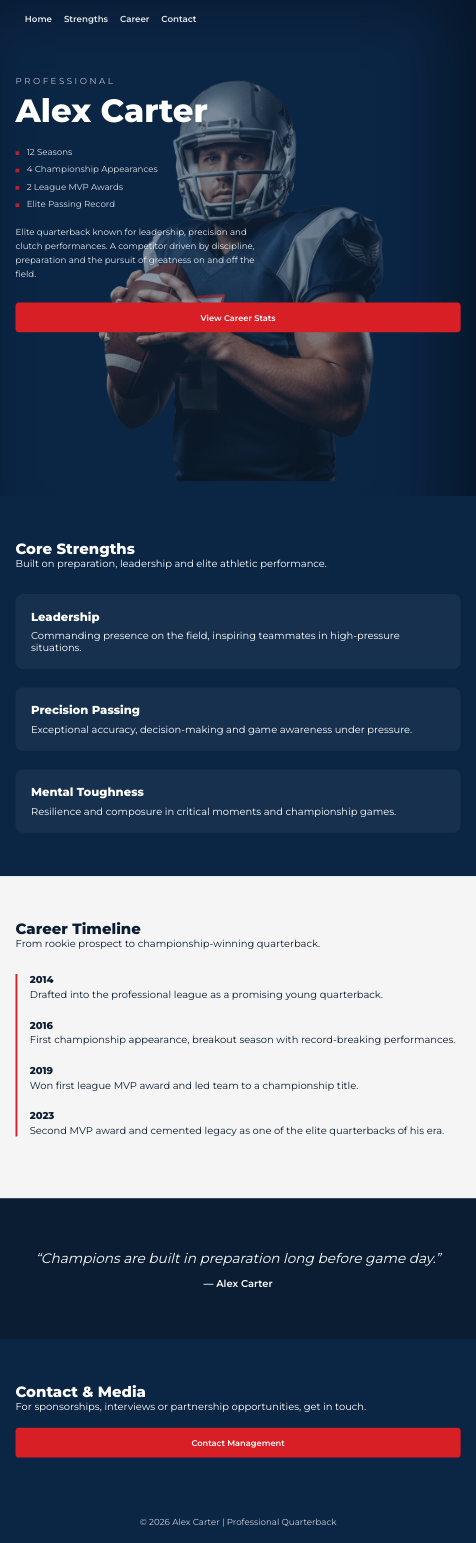
Repository: davidfsillva/Alex-Carter
Page: index.html
These files come from the project's save history. The page is drawn as it stood at one moment and after a run of saves; the edit follows.
The browser window is 768 px wide. The pictures show the whole page, at 62% of full size.

Above is the page before, as saved 2026-02-12 15:16:47.

### index.html
<!DOCTYPE html>
<html lang="en">
<head>
  <meta charset="UTF-8" />
  <meta name="viewport" content="width=device-width, initial-scale=1.0"/>
  <title>Alex Carter | Professional Quarterback</title>
  <link rel="stylesheet" href="style.css" />
  <link rel="preconnect" href="https://fonts.googleapis.com">
  <link rel="preconnect" href="https://fonts.gstatic.com" crossorigin>
  <link href="https://fonts.googleapis.com/css2?family=Montserrat:wght@400;600;800&display=swap" rel="stylesheet">
</head>
<body>

<!-- NAVBAR -->
<header class="navbar">
  <nav>
    <a href="#">Home</a>
    <a href="#skills">Strengths</a>
    <a href="#career">Career</a>
    <a href="#contact">Contact</a>
  </nav>
</header>

<!-- HERO -->
<section class="hero">
  <div class="hero-left">
    <span class="tag">PROFESSIONAL</span>
    <h1>Alex Carter</h1>

    <ul class="stats">
      <li>12 Seasons</li>
      <li>4 Championship Appearances</li>
      <li>2 League MVP Awards</li>
      <li>Elite Passing Record</li>
    </ul>

    <p class="description">
      Elite quarterback known for leadership, precision and clutch performances.
      A competitor driven by discipline, preparation and the pursuit of greatness
      on and off the field.
    </p>

    <button class="cta" onclick="window.location.href='Alex_Carter_Stats.pdf'">
      View Career Stats
    </button>

  </div>

  <div class="hero-right">
    <img src="img/spbw.png" alt="Alex Carter Quarterback">
  </div>
</section>

<!-- STRENGTHS SECTION -->
<section id="skills" class="section dark">
  <div class="container">
    <h2>Core Strengths</h2>
    <p>Built on preparation, leadership and elite athletic performance.</p>

    <div class="grid">
      <div class="card">
        <h3>Leadership</h3>
        <p>Commanding presence on the field, inspiring teammates in high-pressure situations.</p>
      </div>

      <div class="card">
        <h3>Precision Passing</h3>
        <p>Exceptional accuracy, decision-making and game awareness under pressure.</p>
      </div>

      <div class="card">
        <h3>Mental Toughness</h3>
        <p>Resilience and composure in critical moments and championship games.</p>
      </div>
    </div>
  </div>
</section>

<!-- CAREER SECTION -->
<section id="career" class="section light">
  <div class="container">
    <h2>Career Timeline</h2>

    <p>From rookie prospect to championship-winning quarterback.</p>

    <div class="timeline">
      <div class="timeline-item">
        <h4>2014</h4>
        <p>Drafted into the professional league as a promising young quarterback.</p>
      </div>

      <div class="timeline-item">
        <h4>2016</h4>
        <p>First championship appearance, breakout season with record-breaking performances.</p>
      </div>

      <div class="timeline-item">
        <h4>2019</h4>
        <p>Won first league MVP award and led team to a championship title.</p>
      </div>

      <div class="timeline-item">
        <h4>2023</h4>
        <p>Second MVP award and cemented legacy as one of the elite quarterbacks of his era.</p>
      </div>
    </div>
  </div>
</section>

<!-- QUOTE SECTION -->
<section class="quote">
  <div class="container">
    <blockquote>
      “Champions are built in preparation long before game day.”
    </blockquote>
    <span>— Alex Carter</span>
  </div>
</section>

<!-- CONTACT SECTION -->
<section id="contact" class="section dark">
  <div class="container">
    <h2>Contact & Media</h2>
    <p>For sponsorships, interviews or partnership opportunities, get in touch.</p>
    <button class="cta" onclick="window.location.href='mailto:alexcarter@agency.com'">
      Contact Management
    </button>
  </div>
</section>

<!-- FOOTER -->
<footer class="footer">
  <p>© 2026 Alex Carter | Professional Quarterback</p>
</footer>

<script src="scripts.js"></script>
</body>
</html>

### style.css
/* =====================
   RESET E FONTES
===================== */
* {
  margin: 0;
  padding: 0;
  box-sizing: border-box;
  font-family: 'Montserrat', sans-serif;
}

body {
  background: #6b7c86;
  color: #fff;
}

/* =====================
   NAVBAR
===================== */
.navbar {
  position: absolute;
  top: 0;
  width: 100%;
  padding: 30px 60px;
  display: flex;
  justify-content: space-between;
  align-items: center;
  z-index: 10;
}

.navbar .logo {
  color: #fff;
  font-weight: 800;
  font-size: 22px;
  letter-spacing: 2px;
}

.navbar nav a {
  color: #fff;
  text-decoration: none;
  margin-left: 30px;
  font-weight: 600;
  opacity: 0.9;
  transition: 0.3s ease;
}

.navbar nav a:hover {
  opacity: 1;
  color: #d91f26;
}

/* =====================
   HERO SECTION
===================== */
.hero {
  background: #d91f26;
  display: flex;
  height: 100vh;
  overflow: hidden;
}

/* HERO LEFT */
.hero-left {
  width: 55%;
  background: linear-gradient(135deg, #0b2545, #0a1d33);
  padding: 140px 80px;
  color: #fff;
  position: relative;
  box-shadow: inset -50px 0 100px rgba(0,0,0,0.4);

  clip-path: polygon(0 0, 96% 0, 90% 100%, 0% 100%);
}


.hero-left .tag {
  letter-spacing: 4px;
  font-size: 14px;
  opacity: 0.7;
}

.hero-left h1 {
  font-size: 85px;
  font-weight: 800;
  margin: 10px 0 30px;
  line-height: 0.9;
}

.stats {
  list-style: none;
  margin-bottom: 25px;
}

.stats li {
  margin-bottom: 10px;
  font-size: 15px;
  opacity: 0.85;
  position: relative;
  padding-left: 18px;
}

.stats li::before {
  content: "";
  width: 6px;
  height: 6px;
  background: #d91f26;
  position: absolute;
  left: 0;
  top: 8px;
}

.description {
  max-width: 420px;
  font-size: 15px;
  margin-bottom: 35px;
  opacity: 0.9;
  line-height: 1.6;
}

.cta {
  background: #d91f26;
  border: none;
  padding: 14px 36px;
  color: #fff;
  font-weight: 600;
  cursor: pointer;
  transition: all 0.3s ease;
  border-radius: 6px;
}

.cta:hover {
  transform: translateY(-4px);
  box-shadow: 0 10px 25px rgba(217, 31, 38, 0.4);
}

/* Scroll Indicator */
.scroll {
  position: absolute;
  bottom: 40px;
  font-size: 12px;
  letter-spacing: 3px;
  opacity: 0.6;
}

/* HERO RIGHT */
.hero-right {
  width: 45%;
  background: #d91f26;
  display: flex;
  align-items: flex-end;
  justify-content: center;
  position: relative;
  overflow: hidden;

}


.hero-right::before {
  content: "";
  position: absolute;
  width: 600px;
  height: 600px;
  background: rgba(255,255,255,0.05);
  border-radius: 50%;
  top: -200px;
  right: -200px;
}

.hero-right img {
  height: 110%;
  width: auto;
  object-fit: contain;
  align-self: flex-end;
  animation: float 5s ease-in-out infinite;
  position: relative;
  z-index: 2;
}

/* Floating animation */
@keyframes float {
  0% { transform: scale(1); }
  50% { transform: scale(1.02); }
  100% { transform: scale(1); }
}

/* =====================
   SECTIONS (GENERIC)
===================== */
.section {
  padding: 100px 80px;
}

.section.dark {
  background: #0b2545;
  color: #fff;
}

.section.light {
  background: #f5f5f5;
  color: #0a1d33;
}

.container {
  max-width: 1200px;
  margin: 0 auto;
}

/* GRID CARDS */
.grid {
  display: grid;
  grid-template-columns: repeat(auto-fit, minmax(250px, 1fr));
  gap: 30px;
  margin-top: 40px;
}

.card {
  background: rgba(255,255,255,0.05);
  padding: 25px;
  border-radius: 12px;
  transition: transform 0.3s ease, box-shadow 0.3s ease;
}

.card:hover {
  transform: translateY(-5px);
  box-shadow: 0 10px 25px rgba(0,0,0,0.2);
}

.card h3 {
  margin-bottom: 10px;
}

/* TIMELINE */
.timeline {
  margin-top: 40px;
  border-left: 3px solid #d91f26;
  padding-left: 20px;
}

.timeline-item {
  margin-bottom: 30px;
}

.timeline-item h4 {
  margin-bottom: 5px;
}

/* QUOTE */
.quote {
  text-align: center;
  padding: 80px 20px;
  background: #0a1d33;
}

.quote blockquote {
  font-size: 22px;
  font-style: italic;
  max-width: 700px;
  margin: 0 auto 15px;
  line-height: 1.5;
}

.quote span {
  display: block;
  font-weight: 600;
  margin-top: 10px;
}

#contact .cta {
  margin-top: 25px; /* aumenta o espaço entre o texto e o botão */
}


/* FOOTER */
.footer {
  text-align: center;
  padding: 25px 0;
  background: #0b2545;
  font-size: 14px;
  opacity: 0.8;
}

@media (max-width: 900px) {

  body {
    background: #0b2545;
  }

  .hero {
    flex-direction: column;
    min-height: auto;
    background: #0b2545; /* REMOVE VERMELHO */
  }

  .hero-left,
  .hero-right {
    width: 100%;
    clip-path: none;
  }

  .hero-left {
    position: relative;
    padding: 120px 25px 360px 25px;
    text-align: left;

    background:
      linear-gradient(
        rgba(11, 37, 69, 0.55),
        rgba(11, 37, 69, 0.25)
      ),
      url("img/spbw.png");

    background-repeat: no-repeat;
    background-position: center 85px;
    background-size: 90%;
  }

  .hero-right {
    display: none;
  }

  .hero-left h1 {
    font-size: 52px;
    line-height: 1.1;
  }

  .stats li {
    font-size: 14px;
  }

  .description {
    font-size: 14px;
    line-height: 1.6;
  }

  .cta {
    width: 100%;
    padding: 16px;
  }

  .section {
    padding: 70px 25px;
  }

  .grid {
    grid-template-columns: 1fr;
  }

  .navbar {
    padding: 20px 25px;
  }

  .navbar nav a {
    font-size: 14px;
    margin-left: 15px;
  }
}

### scripts.js
// =============================
// ANIMAÇÃO DE ENTRADA HERO LEFT
// =============================
window.addEventListener("load", () => {
  const heroLeft = document.querySelector(".hero-left");

  // Estado inicial antes da animação
  heroLeft.style.opacity = 0;
  heroLeft.style.transform = "translateX(-40px)";

  // Adiciona animação após pequeno delay
  setTimeout(() => {
    heroLeft.style.transition = "opacity 0.8s ease, transform 0.8s ease";
    heroLeft.style.opacity = 1;
    heroLeft.style.transform = "translateX(0)";
  }, 300);
});

// =============================
// ANIMAÇÃO OPCIONAL PARA BOTÃO CTA
// =============================
const ctaButton = document.querySelector(".cta");

ctaButton.addEventListener("mouseenter", () => {
  ctaButton.style.transform = "scale(1.05)";
});

ctaButton.addEventListener("mouseleave", () => {
  ctaButton.style.transform = "scale(1)";
});

After the next 4 saves:
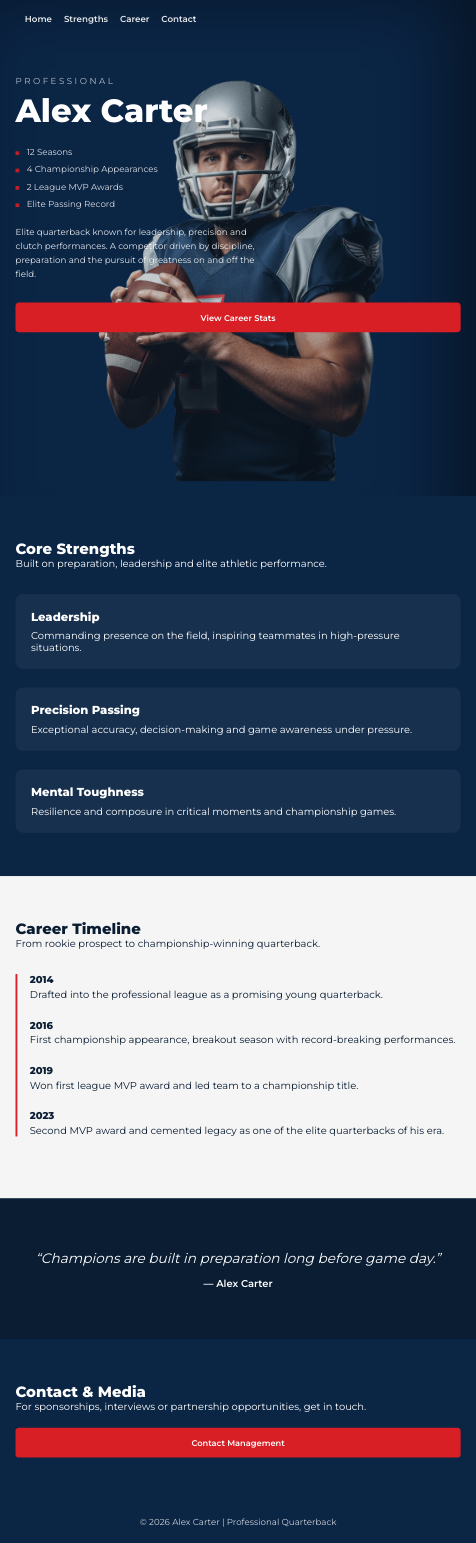
The 4 saves are shown as one change because they came seconds apart.
The last was saved 13 s later.
--- a/style.css
+++ b/style.css
@@ -302,8 +302,8 @@
 
     background:
       linear-gradient(
-        rgba(11, 37, 69, 0.55),
-        rgba(11, 37, 69, 0.25)
+        rgba(11, 37, 69, 0.15),
+        rgba(11, 37, 69, 0.15)
       ),
       url("img/spbw.png");
 
